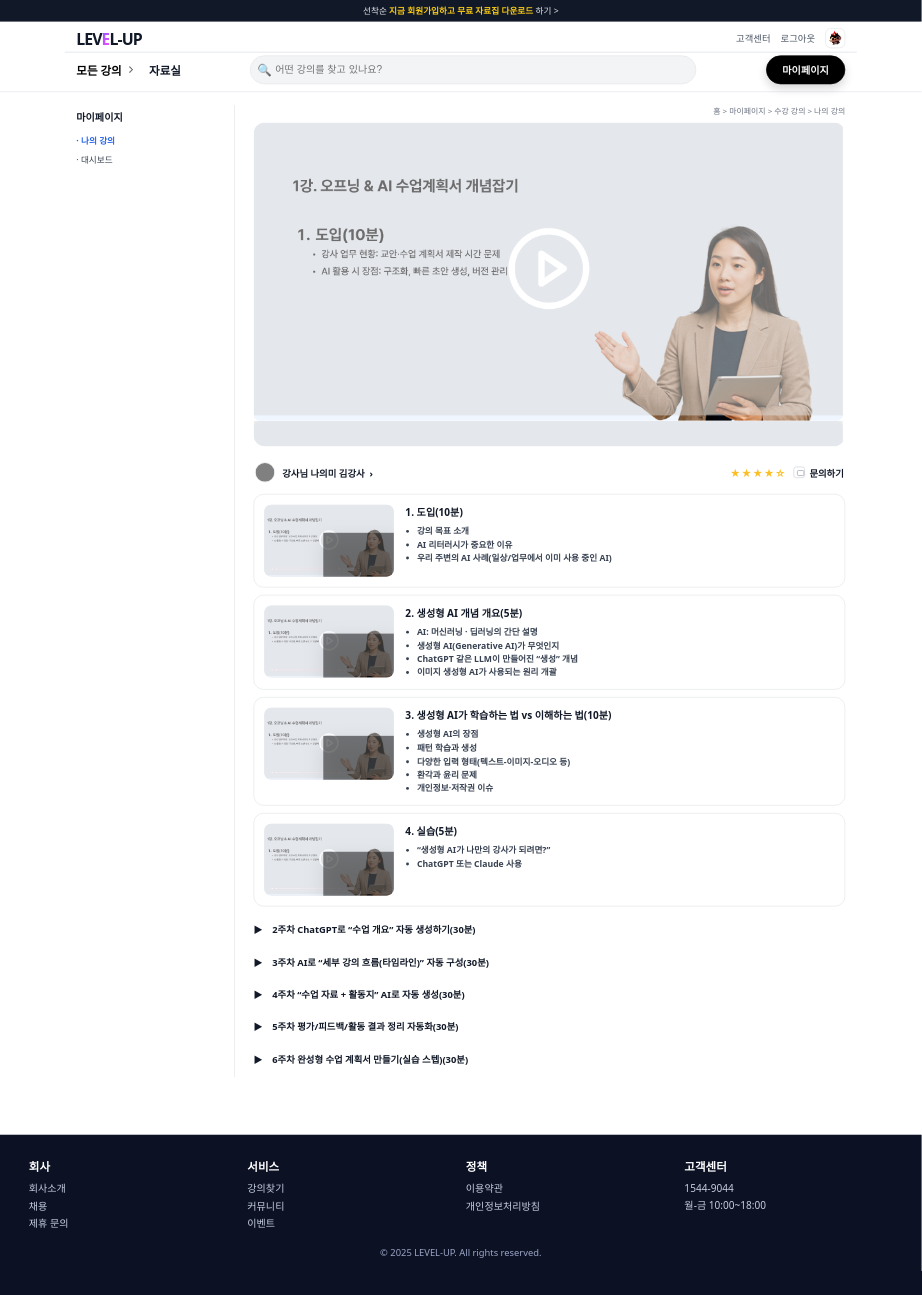
Repository: Iimchaehoon/level_up
Page: my_lecture.html
These files come from the project's save history. The page is drawn as it stood at one moment and after the next save; the edit follows.
The browser window is 1280 px wide. The pictures show the whole page, at 72% of full size.

Above is the page before, as saved 2025-12-14 01:29:06.

After the next save:
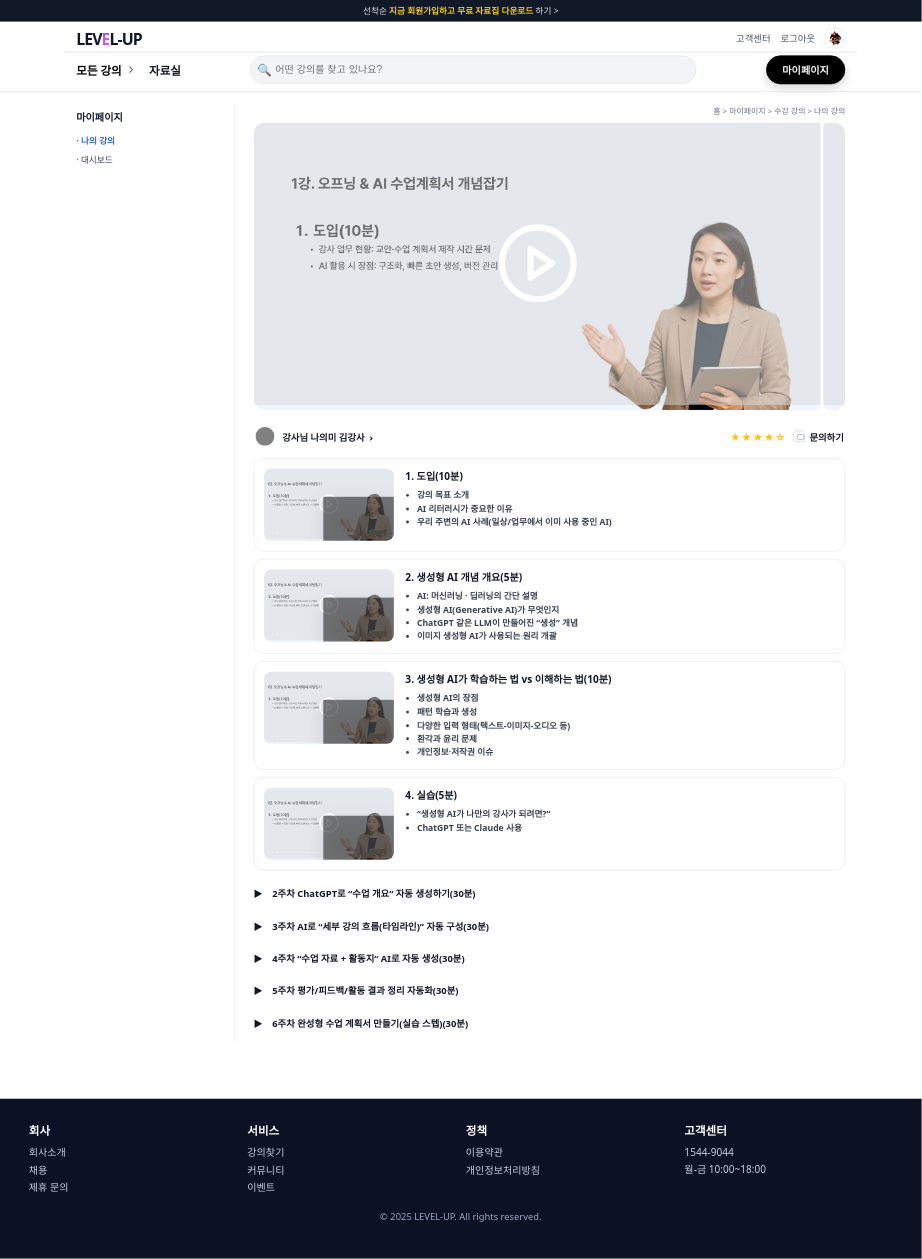
Saved 13 s later.
--- a/my_lecture.html
+++ b/my_lecture.html
@@ -165,7 +165,7 @@
 
     /* 상단 히어로 카드 */
     .hero-card{
-      height: 450px;
+      height: 400px;
       background:url(./my_lec/Group_427322280.png);
       background-size: contain;
       border-radius:16px;
